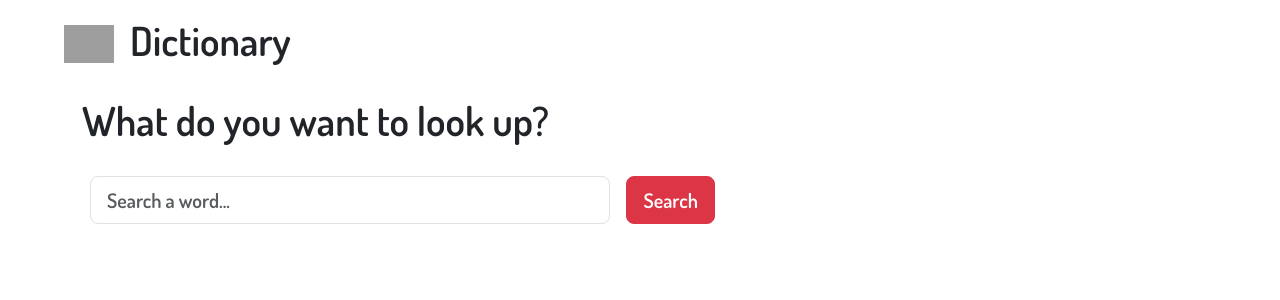
Repository: moehaymanmyint/react-dictionary-app
Page: /
The author's editor kept a copy of each file at every save. The page is drawn from the files as they stood at one save, then again after the next save.
The browser window is 1280 px wide. The pictures show the whole page.
Pictures or frames that could not be fetched are drawn as grey boxes. The project was rebuilt for these pictures with package versions that can differ from the ones it lists, and the page was loaded fresh each time. Also part of the build but not shown: src/Synonyms.js, src/Meaning.js, src/Phonetics.js, src/Results.js.

Above is the page before, as saved 2024-09-06 11:51:54.

After the next save:
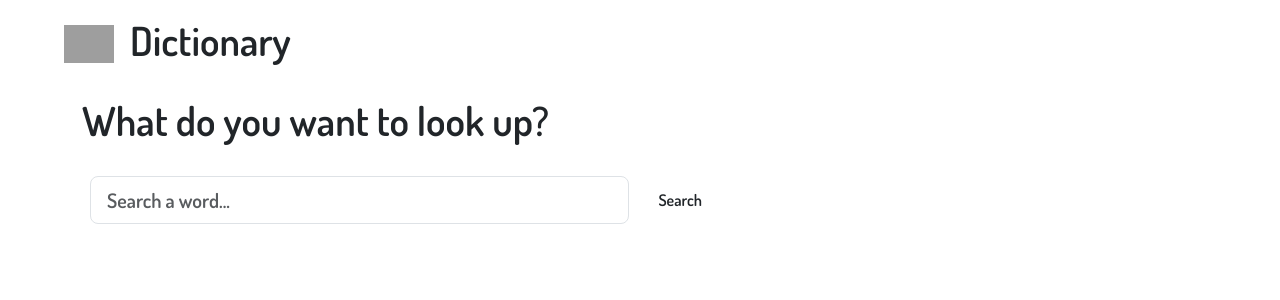
Saved 2 min 22 s later.
--- a/src/Search.js
+++ b/src/Search.js
@@ -32,7 +32,7 @@ export default function Search(){
                 <div className="col-7">
                     <form onSubmit={handleSubmit} className="d-flex">
                         <input type="search" className="form-control form-control-lg m-2" value={word} onChange={updateWord} placeholder="Search a word..."/>
-                        <input type="submit" value="Search" className="btn btn-danger btn-lg m-2"/>
+                        <input type="submit" value="Search" className="btn btn m-2"/>
                     </form>
                     <section className="meaning">
                         <Results results={results}/>
